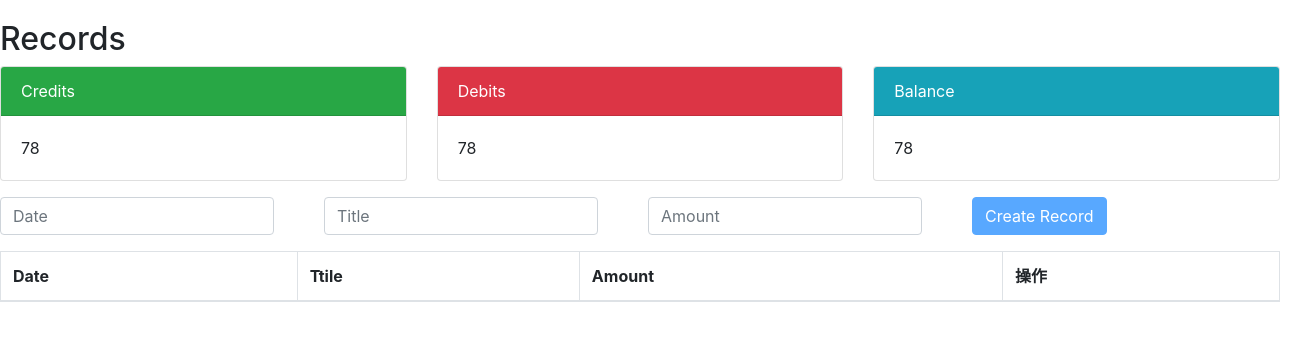
Repository: wjszydygns/accouts
Page: /
These files come from the project's save history. The page is drawn as it stood at one moment and after the next save; the edit follows.
The browser window is 1280 px wide. The page is 1295 px wide, so the pictures cover 1295 px, including what lies to the right of the window. The pictures show the whole page.
The page's requests for data from a server got no answer. The project was rebuilt for these pictures with package versions that can differ from the ones it lists, and the page was loaded fresh each time. No one was signed in, and anything a server would have sent is missing. Also part of the build but not shown: src/components/record.jsx.

Above is the page before, as saved 2018-11-30 20:26:39.

### public/index.html
<!DOCTYPE html>
<html lang="en">
  <head>
    <meta charset="utf-8">
    <link rel="shortcut icon" href="%PUBLIC_URL%/favicon.ico">
    <meta name="viewport" content="width=device-width, initial-scale=1, shrink-to-fit=no">
    <meta name="theme-color" content="#000000">
    <!--
      manifest.json provides metadata used when your web app is added to the
      homescreen on Android. See https://developers.google.com/web/fundamentals/web-app-manifest/
    -->
    <link rel="manifest" href="%PUBLIC_URL%/manifest.json">
    <link href="https://cdn.bootcss.com/twitter-bootstrap/4.1.3/css/bootstrap.min.css" rel="stylesheet">


    <title>React App</title>
  </head>
  <body>

    <div id="root"></div>

  </body>
</html>

### src/index.js
import React from 'react';
import ReactDOM from 'react-dom';

import RecordList from './components/records';
import * as serviceWorker from './serviceWorker';

ReactDOM.render(<RecordList />, document.getElementById('root'));

// If you want your app to work offline and load faster, you can change
// unregister() to register() below. Note this comes with some pitfalls.
// Learn more about service workers: http://bit.ly/CRA-PWA
serviceWorker.unregister();

### src/components/records.jsx
import React, { Component } from 'react';
import { table } from "antd"
import Record from "./record"
import * as moment from "moment"
import axios from "axios"
import PropTypes from "prop-types"
import * as RecordsAPI from "../utils/RecordsAPI"
import RecordForm from "./RecordForm"
import AmountBox from "./amountBox"

class RecordList extends Component {
  constructor(props) {
    super(props)
    this.state = {
      records:
        [
          // {id:1,date:"2018-11-2",title:"房租",amount:1900},
          // {id:2,date:"2018-11-5",title:"工资收入",amount:5000},
          // {id:3,date:"2018-11-11",title:"购物",amount:700},
          // {id:4,date:"2018-11-16",title:"收入",amount:800},
        ],
      isloaded: false,
      error: null
    }
  }

  componentDidMount() {
    const { records, isloaded } = this.state;
    // const url=`https://5bfe4524362b930013f651be.mockapi.io/api/v1/records`
    //  fetch(url).then(res=>{
    //    return res.json();

    //  }).then(data=>{  //res.data=data
    //    this.setState({
    //      records:data
    //    })
    //  }).catch(err=>
    //    console.log(err)
    //   )
    this.getData();

  }
  getData = () => {

    RecordsAPI.getAll().then(res => {
      this.setState({
        records: res.data,
        isloaded: true
      })

    }).catch(error => {
      this.setState({
        isloaded: true,
      })
    })


  }

  add = (record) => {
    const { records } = this.state;
    //  records.unshift(record);
    //  this.setState({
    //     records
    //  })
    // this.getData();  不需要整个全部重新发请求刷新页面，只需要局部更新state的值即可
    this.setState({
      records: [
        ...records,
        record       //将新添加的那条添加到下面，这样可以简单的合并对象到一个数组

      ]
    })

  }
  update = (id, updateRecord) => {
    // debugger

    const { records } = this.state;
    let array = records;
    array = array.map((item, index) => {
      if (item.id !== id) {
        return item
      }
      // return Object.assign(item,updateRecord);//Object.assign方法的第一个参数是目标对象，后面的参数都是源对象。
      return {                                //如果目标对象与源对象有同名属性，或多个源对象有同名属性，则后面的属性会覆盖前面的属性。
        ...item,
        ...updateRecord
      }
    })
    console.log(array);
    this.setState({
      records: array
    })
    console.log(records);


  }

  delete=(id)=>{
    const { records } = this.state;
    let newRecords=records.filter((item)=>{
       if(id===item.id)
          return false
       return true
    })
    this.setState({
      records:newRecords
    })

  }

   plus=()=>{
     let amount=this.state.records.filter(item=>{
       return item.amount >=0;

     })
     return amount.reduce((prev,cur)=>{

        return prev+Number.parseInt(cur.amount,0);
     },0)
   }
    pay=()=>{
     let payed=this.state.records.filter(item=>{
       return item.amount <0

       }
      )
      return payed.reduce((prev,cur)=>{
        return prev+Number.parseInt(cur.amount,0)
      },0)

    }

    rest=()=>{
      return this.plus()+this.pay();


    }


  render() {
    const { error, isloaded, records } = this.state;
    let recordsComponent;
    {
      if (error) {
        recordsComponent = <div>{error}</div>
      } else if (!isloaded) {
        recordsComponent = <div>Loading...</div>

      }
      else {
        recordsComponent = (
          <div >
            <table className="table table-bordered">
              <thead>
                <tr>
                  <th>Date</th>
                  <th>Ttile</th>
                  <th>Amount</th>
                  <th>操作</th>
                </tr>
              </thead>
              <tbody>
                {
                  this.state.records.map((item, index) => {
                    item.date = moment(item.date).format("YYYY-MM-DD:HH:ss:mm")
                    return <Record key={item.id}
                                 　 {...item}
                                 　 update={this.update}
                                  　delete={this.delete} />

                  })
                }
              </tbody>
            </table>
          </div>
        );
      }
    }

    return (
      <div>
        <h2 style={{marginTop:20}}>Records</h2>
        <div className="row mb-3">
           <AmountBox  text="Credits" type="success"  computed={this.plus}></AmountBox>
           <AmountBox text="Debits" type="danger" computed={this.pay}></AmountBox>
           <AmountBox text="Balance" type="info" computed={this.rest}></AmountBox>
        </div>
        <RecordForm  {...this.state} addRecord={this.add} />
        {recordsComponent}
      </div>

    )


  }
}

export default RecordList;

### src/utils/RecordsAPI.js
import axios from "axios"
//使用环境变量来定义ａｐｉ,这样就可以把好多人要请求的接口放到一起通过ａｐｉ.什么来引用
//REACT_APP_RECORDS_API_URL这就是一个环境变量，要在ｓｃｒｉｐｔｓ里面定义这个环境变量的值,process.env是引用环境变量的前缀
 const api=process.env.REACT_APP_RECORDS_API_URL ||"http://localhost:5000"

//将axios请求全部封装到一个方法里面

export const getAll=()=>{
    //注意箭头函数要加大括号的话必须加return,否则没有返回值
   return axios.get(`${api}api/v1/records`)

}
export const create=(body)=>{
//添加一条记录时，也要向那个接口发送请求，因为我们现在的数据不是写死的，而是从上面那个接口请求回来的，那个数据是要求有一个ｉｄ作为ｒｅｃｏｒｄ的key值的
//所以我们也要有id，这个id 可以是它自己生成的
//要发一个post 请求
　return 　axios.post(`${api}api/v1/records`,body)   //axios.post(url,参数对象)

}

export const update=(id,body)=>{
//更新数据，向接口发送数

  return axios.put(`${api}api/v1/records/${id}`,body)

};

export const deleteRecord=(id)=>{
    //删除数据，向接口发送id，并且将该条数据置空即可

      return axios.get(`${api}api/v1/records/${id}`)

    };

### src/components/RecordForm.js
import React, { Component } from 'react';
import {table} from "antd"
import PropTypes from "prop-types"
import "../index.css"
import * as RecordAPI from "../utils/RecordsAPI"

class RecordForm extends Component {

   state={
       date:"",
       title:"",
       amount:"",
   }

    valid=()=>{
        //验证是否有效，三个同时有值的时候才有效，返回true
        return  this.state.date &&this.state.title &&this.state.amount


    }
    handle=(e,key)=>{
       this.setState({
        [key]:e.target.value
       })
    }
    addRecord=(event)=>{
      event.preventDefault();//阻止默认行为，即参数不会出现在ｕｒｌ中
      const record=this.state;
      const {addRecord}=this.props;
    //   addRecord(record);
      RecordAPI.create({...record,amount:Number.parseInt(record.amount,0)})
      .then(res=>{

          addRecord(res.data);
      }).catch(
          error=>console.log(error.message)

      )
      this.setState({
        date:"",
        title:"",
        amount:"",
      })

    }


  render() {
      //  const {record}=this.props
      const {date,title,amount}=this.state;
    return (
     <form className="form-inline mb-3">
      <div className="form-group">
        <input type="text" className="form-control"
               placeholder="Date"
               name="date" value={date}
               onChange={e=>this.handle(e,"date")}/>

      </div>
      <div className="form-group">
        <input type="text" className="form-control"
               placeholder="Title"
               name="title" value={title}
               onChange={e=>this.handle(e,"title")}/>

      </div>
      <div className="form-group">
        <input type="text" className="form-control"
               placeholder="Amount"
               name="amount" value={amount}
               onChange={e=>this.setState({amount:e.target.value})}/>

      </div>
      <div className="form-group">
      <button className="btn btn-primary"
              type="submit"
              disabled={!(date && title && amount)}
              onClick={this.addRecord}>
              Create Record
     </button>
      </div>

     </form>
    );
  }
}

export default RecordForm;
 RecordForm.propTypes={
  id:PropTypes.string,
  date:PropTypes.string,
  title:PropTypes.string,
  amount:PropTypes.number,
  addRecord:PropTypes.func.isRequired,



}

### src/components/amountBox.jsx
import React, { Component } from "react"

export default class AmountBox extends React.Component {



    render() {
        const { text, type } = this.props;
        return (
            <div className="col">
              <div className="card">
               <div className={`card-header bg-${type} text-white`}>
                  {text}
               </div>
               <div className="card-body">
                  78
               </div>

              </div>
            </div>
        )
    }
}

### src/index.css
body {
  margin: 0;
  padding: 0;
  font-family: -apple-system, BlinkMacSystemFont, "Segoe UI", "Roboto", "Oxygen",
    "Ubuntu", "Cantarell", "Fira Sans", "Droid Sans", "Helvetica Neue",
    sans-serif;
  -webkit-font-smoothing: antialiased;
  -moz-osx-font-smoothing: grayscale;
}

.form-group{
    margin-right:50px;

}

Loaded but not shown: src/serviceWorker.js (common file)

After the next save:
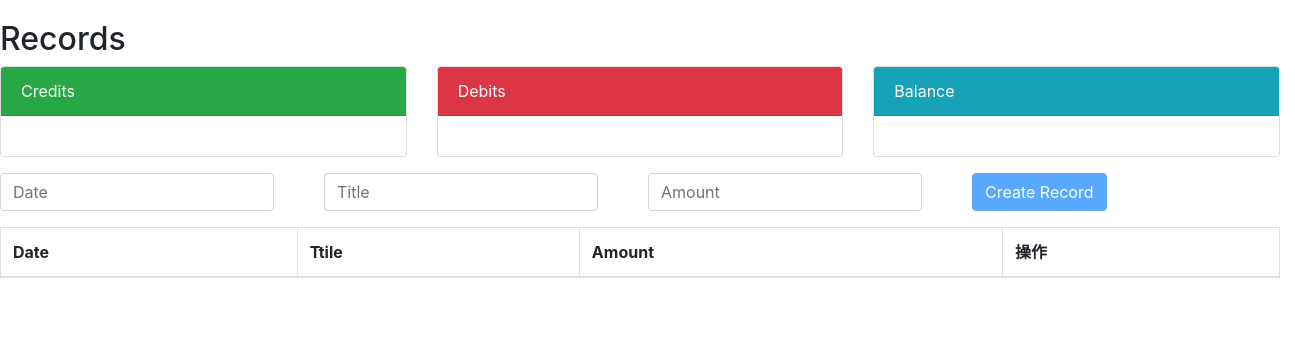
Saved 2 min 17 s later.
--- a/src/components/amountBox.jsx
+++ b/src/components/amountBox.jsx
@@ -5,7 +5,7 @@ export default class AmountBox extends React.Component {
 
 
     render() {
-        const { text, type } = this.props;
+        const { text, type,computed } = this.props;
         return (
             <div className="col">
               <div className="card">
@@ -13,7 +13,7 @@ export default class AmountBox extends React.Component {
                   {text}
                </div>
                <div className="card-body">
-                  78
+                  {computed}
                </div>
 
               </div>

After the save that followed:
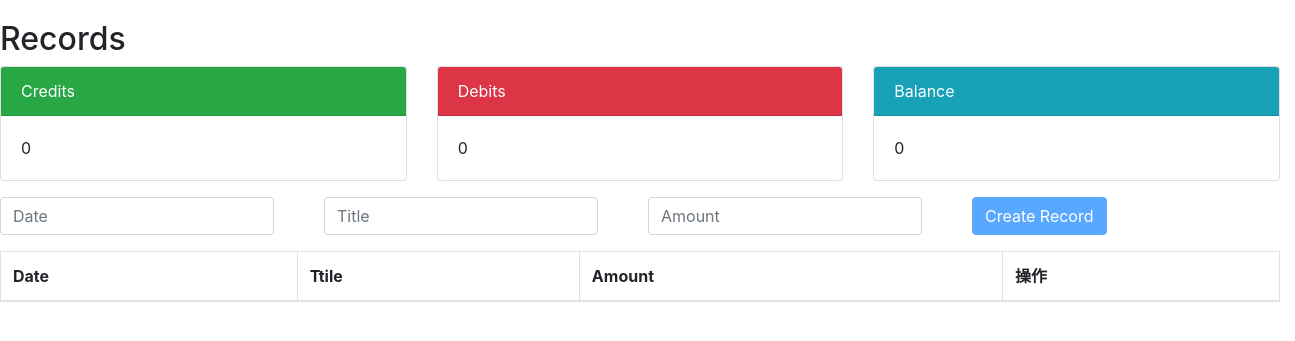
Saved 114 s later.
--- a/src/components/records.jsx
+++ b/src/components/records.jsx
@@ -183,9 +183,9 @@ class RecordList extends Component {
       <div>
         <h2 style={{marginTop:20}}>Records</h2>
         <div className="row mb-3">
-           <AmountBox  text="Credits" type="success"  computed={this.plus}></AmountBox>
-           <AmountBox text="Debits" type="danger" computed={this.pay}></AmountBox>
-           <AmountBox text="Balance" type="info" computed={this.rest}></AmountBox>
+           <AmountBox  text="Credits" type="success"  computed={this.plus()}></AmountBox>
+           <AmountBox text="Debits" type="danger" computed={this.pay()}></AmountBox>
+           <AmountBox text="Balance" type="info" computed={this.rest()}></AmountBox>
         </div>
         <RecordForm  {...this.state} addRecord={this.add} />
         {recordsComponent}
